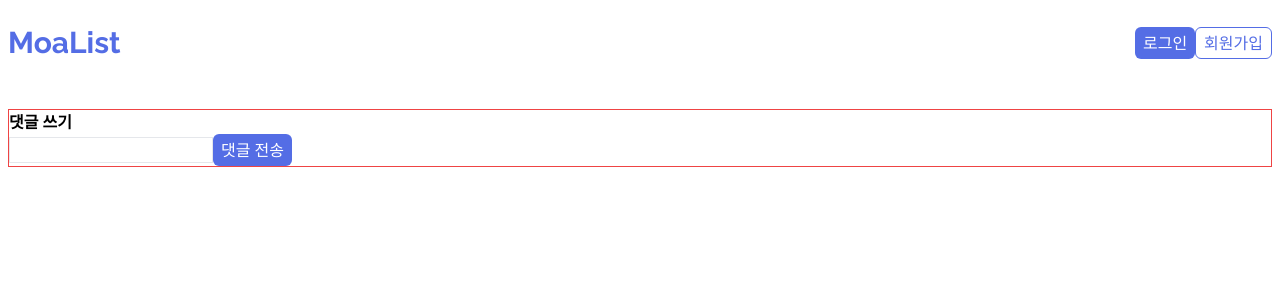
Repository: wisdomshin/moa-list
Page: /comment/new
An editor plug-in stored every save of this project. The page is shown before and after the next save, followed by the edit.
The browser window is 1280 px wide. The pictures show the whole page.
The page's requests for data from a server got no answer. The project was rebuilt for these pictures with package versions that can differ from the ones it lists, and the page was loaded fresh each time. The framework's server and built-in components were replaced by stand-ins that run in the browser. No one was signed in, and anything a server would have sent is missing. Also part of the build but not shown: next.config.mjs, components/layout/LogoutBtn.js.

Above is the page before, as saved 2024-02-21 00:23:37.

After the next save:
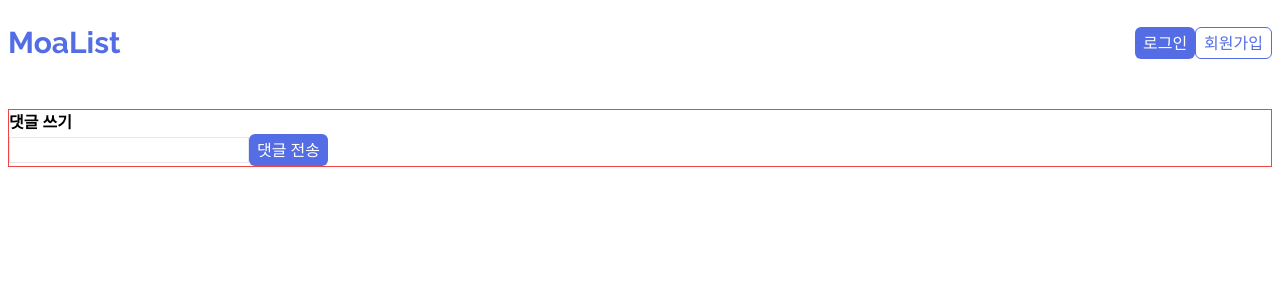
Saved 19 s later.
--- a/app/comment/new/page.js
+++ b/app/comment/new/page.js
@@ -2,7 +2,7 @@ export default function CommentWrite() {
   return (
     <section className='border border-red-500'>
       <b className='block'>댓글 쓰기</b>
-      <input type='text' className='border' />
+      <input type='text' className='border w-60' />
       <button className='px-2 py-1 rounded-md bg-[#546de5] text-white'>
         댓글 전송
       </button>
